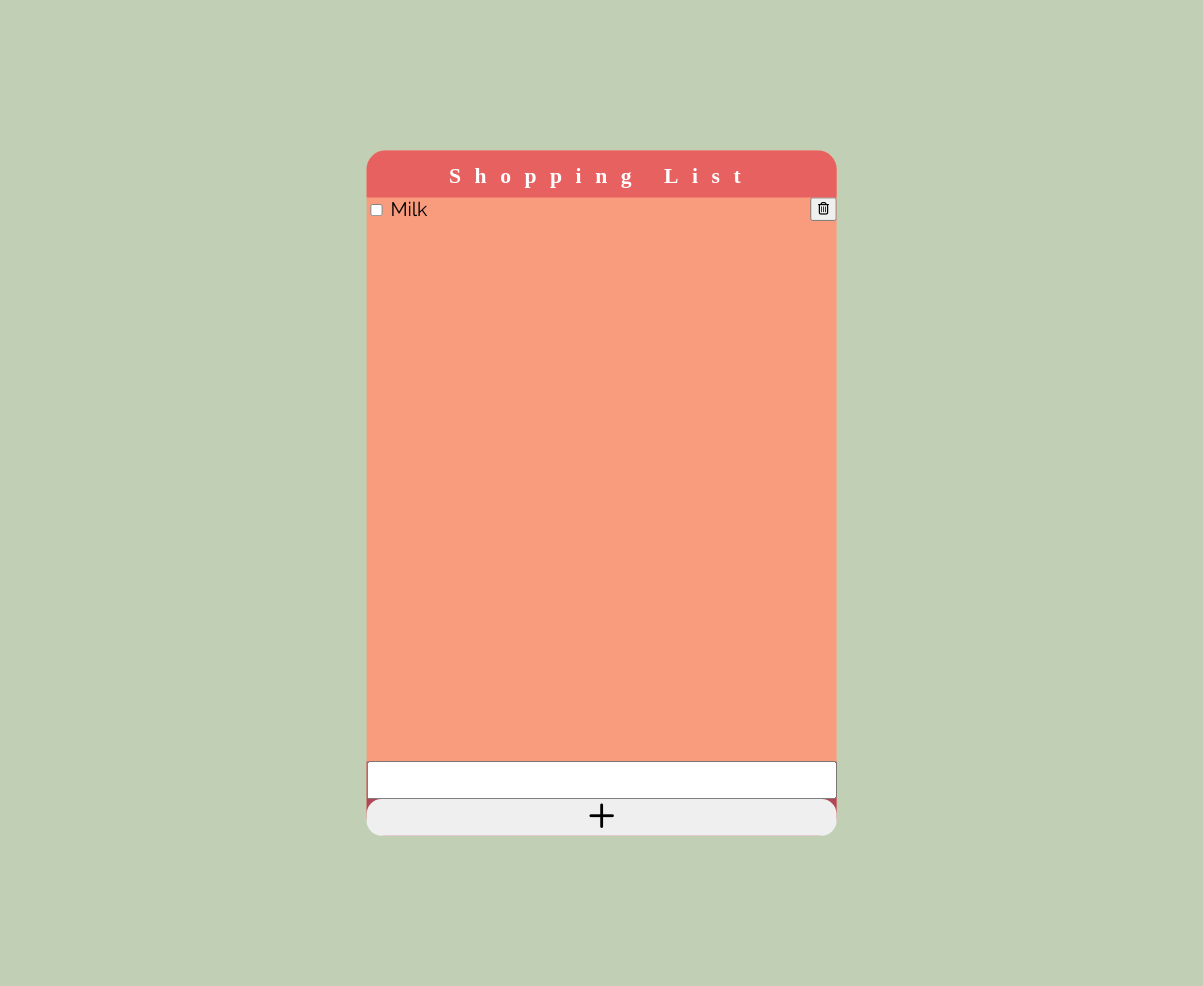
Repository: sephinejo/shopping-list-app
Page: index.html
These files come from the project's save history. The page is drawn as it stood at one moment and after the next save; the edit follows.
The browser window is 1280 px wide. The pictures show the whole page, at 94% of full size.
Some web fonts or font styles are not loaded; a fallback is used. Some web libraries are served in a nearby version.

Above is the page before, as saved 2023-05-12 11:07:10.

After the next save:
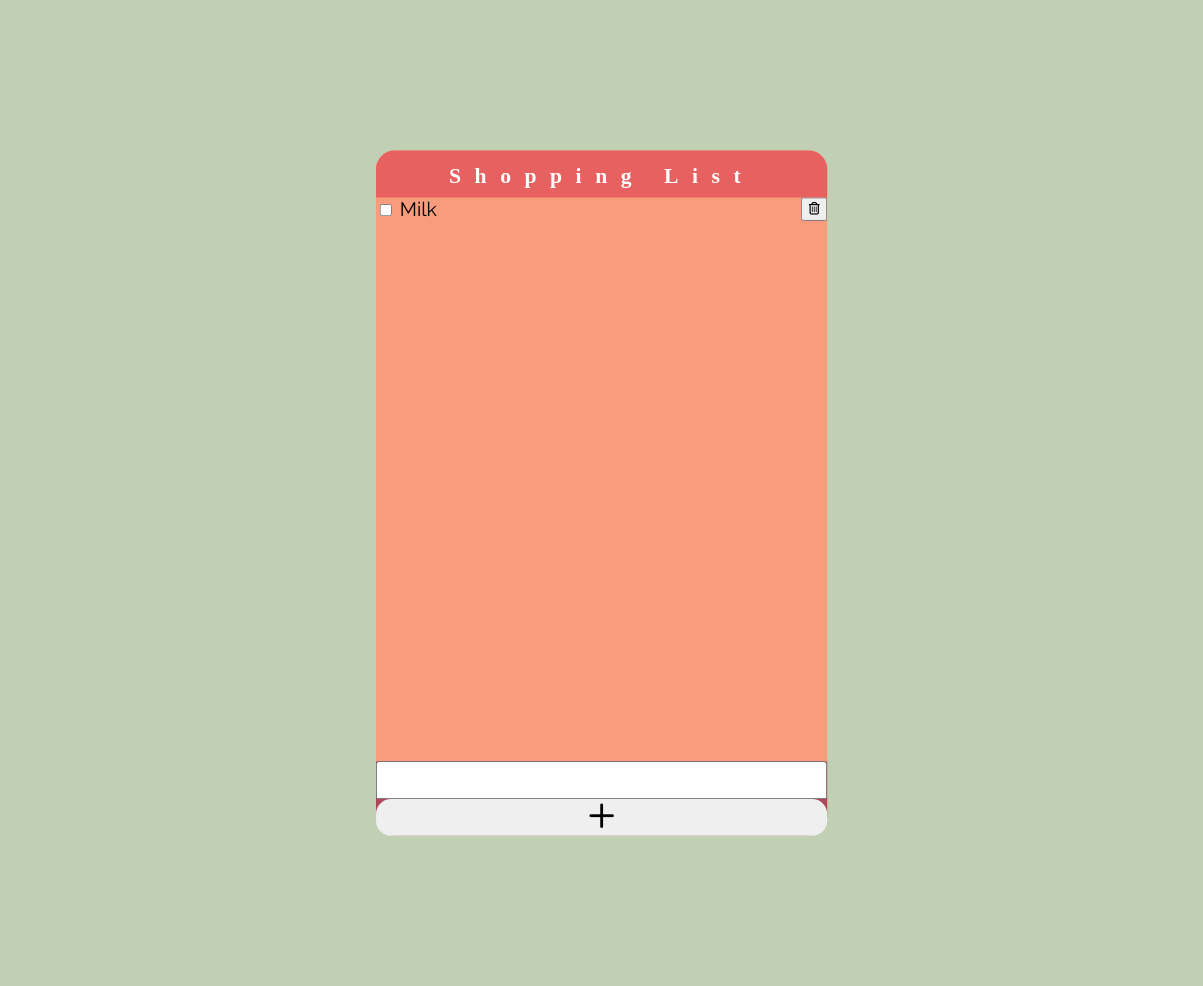
Saved 11 s later.
--- a/style.css
+++ b/style.css
@@ -9,7 +9,7 @@ body {
 
 .container {
   margin: 10rem auto;
-  width: 500px;
+  width: 30rem;
   background-color: #f99b7d;
   border-radius: 20px;
 }
